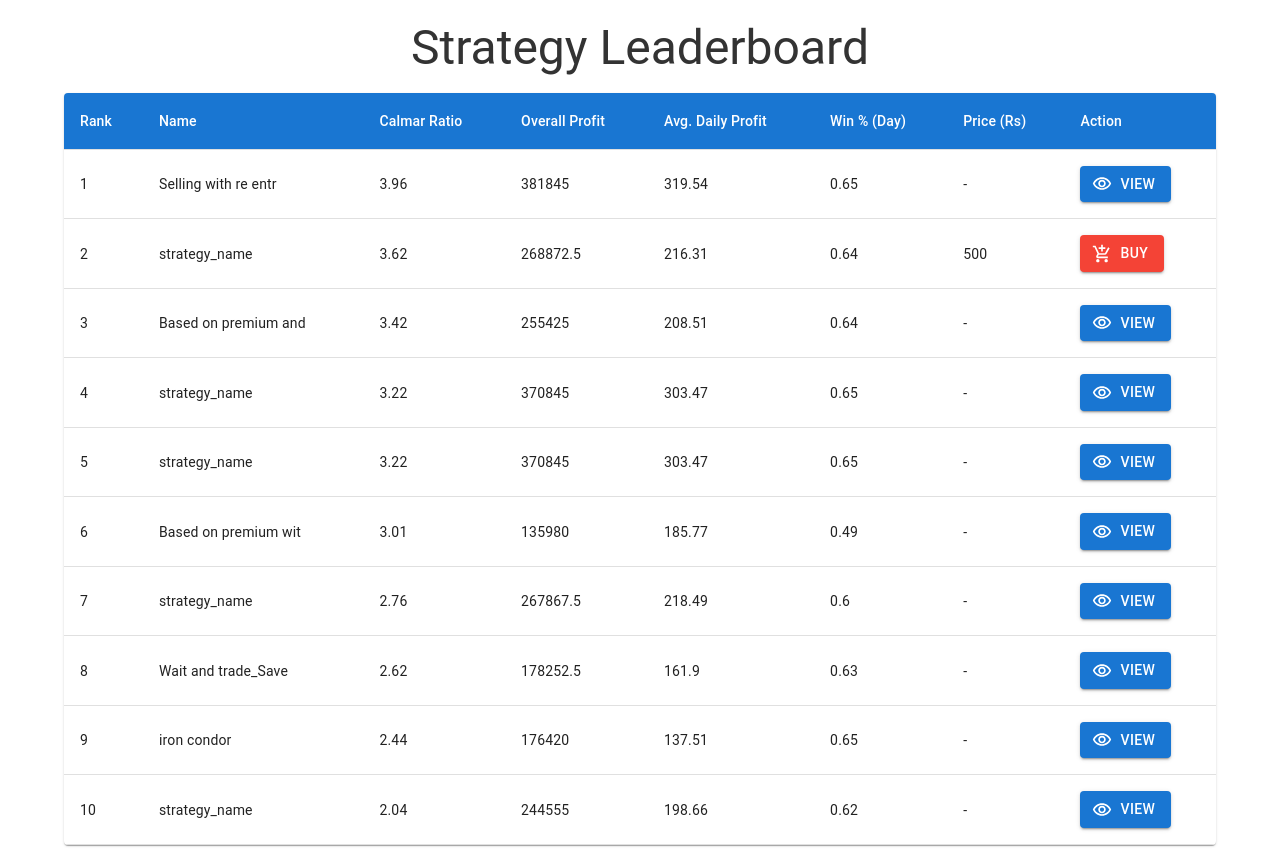
Repository: PraTEEkgUpTa2/Leaderboard
Page: /
An editor plug-in stored every save of this project. The page is shown before and after the next save, followed by the edit.
The browser window is 1280 px wide. The pictures show the whole page.
The project was rebuilt for these pictures with package versions that can differ from the ones it lists, and the page was loaded fresh each time. Also part of the build but not shown: src/App.css.

Above is the page before, as saved 2024-05-27 12:25:13.

After the next save:
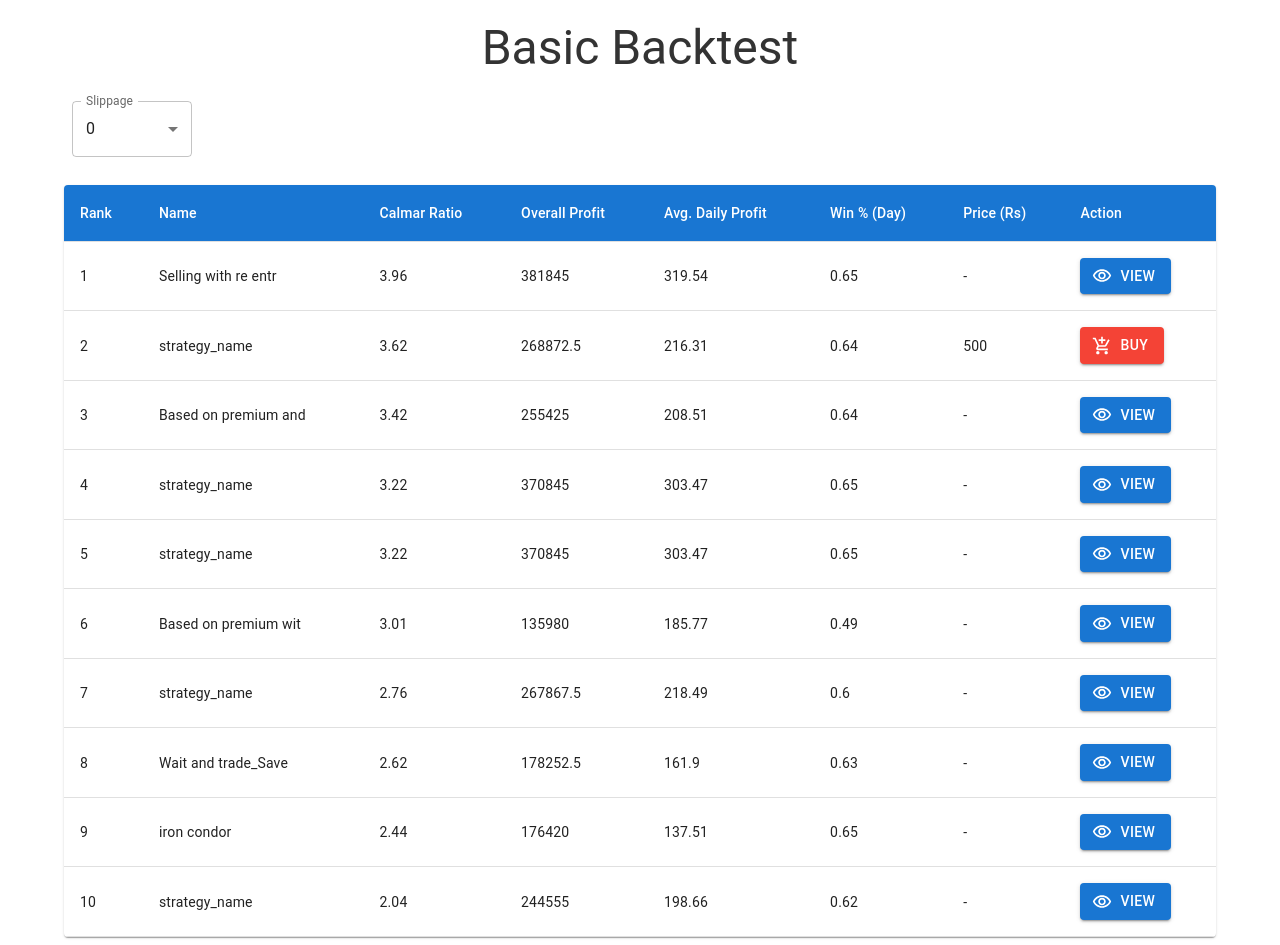
Saved 4 min 49 s later.
--- a/src/Leaderboard.js
+++ b/src/Leaderboard.js
@@ -1,6 +1,6 @@
 import React from 'react';
 import data from './data.json';
-import { Container, Table, TableBody, TableCell, TableContainer, TableHead, TableRow, Paper, Button, Typography } from '@mui/material';
+import { Container, Table, TableBody, TableCell, TableContainer, TableHead, TableRow, Paper, Button, Typography, FormControl, InputLabel, Select, MenuItem } from '@mui/material';
 import { VisibilityOutlined, AddShoppingCartOutlined } from '@mui/icons-material';
 import { styled } from '@mui/system';
 
@@ -37,9 +37,22 @@ const Leaderboard = () => {
   return (
     <Container>
       <Typography variant="h3" align="center" gutterBottom style={{ color: '#333', marginTop: '20px' }}>
-        Strategy Leaderboard
+        Basic Backtest
       </Typography>
-      <TableContainer component={Paper}>
+      <FormControl sx={{ m: 1, minWidth: 120 }}>
+        <InputLabel id="slippage-label">Slippage</InputLabel>
+        <Select
+          labelId="slippage-label"
+          id="slippage-select"
+          defaultValue={0}
+          label="Slippage"
+        >
+          <MenuItem value={0}>0</MenuItem>
+          <MenuItem value={0.5}>0.5</MenuItem>
+          <MenuItem value={1}>1</MenuItem>
+        </Select>
+      </FormControl>
+      <TableContainer component={Paper} style={{ marginTop: '20px' }}>
         <Table aria-label="leaderboard table">
           <StyledTableHead>
             <TableRow>
